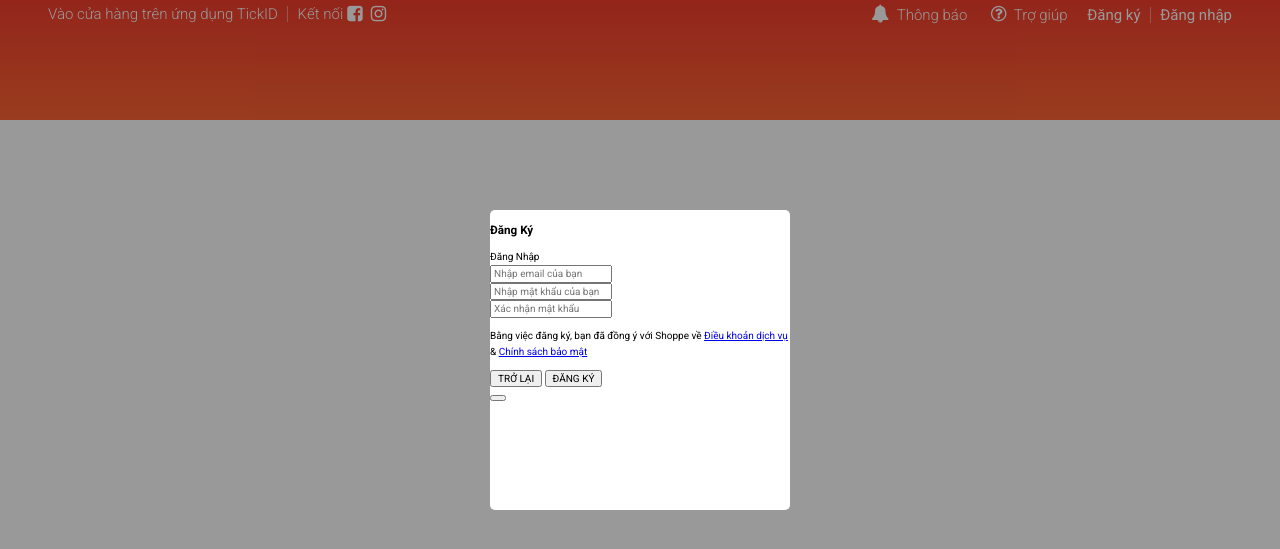
Repository: huydev0401/F8-Shop
Page: index.html
An editor plug-in stored every save of this project. The page is shown before and after the next save, followed by the edit.
The browser window is 1280 px wide. The pictures show the whole page.

Above is the page before, as saved 2021-08-12 15:26:52.

### index.html
<!DOCTYPE html>
<html lang="en">
<head>
    <meta charset="UTF-8">
    <meta http-equiv="X-UA-Compatible" content="IE=edge">
    <meta name="viewport" content="width=device-width, initial-scale=1.0">
    <title>Document</title>
    <link rel="stylesheet" href="https://cdnjs.cloudflare.com/ajax/libs/font-awesome/4.7.0/css/font-awesome.css">
    <link rel="preconnect" href="https://fonts.googleapis.com">
    <link rel="preconnect" href="https://fonts.gstatic.com" crossorigin>
    <link href="https://fonts.googleapis.com/css2?family=Roboto:wght@300;400;700&display=swap" rel="stylesheet">
    <link rel="stylesheet" href="https://cdnjs.cloudflare.com/ajax/libs/normalize/8.0.1/normalize.min.css">
    <link rel="stylesheet" href="./assets/css/base.css">
    <link rel="stylesheet" href="./assets/css/main.css">
</head>
<body>
    <header class="header">
        <nav class="navbar grid">
            <ul class="navbar__list">
                <li class="navbar__item navbar__item--has-qr navbar__item--separate">
                    Vào cửa hàng trên ứng dụng TickID
                    <div class="header-qr">
                        <img src="./assets/img/qr_code.png" alt="QR Code" class="header-qr__img">
                        <div class="header-qr__apps">
                            <a href="#" class="header-qr__link">
                                <img class="header-qr__app" src="./assets/img/google_play.png" alt="google play">
                            </a>
                            <a href="#" class="header-qr__link">
                                <img class="header-qr__app" src="./assets/img/app_store.png" alt="app store">
                            </a>
                            <a href="#" class="header-qr__link">
                                <img class="header-qr__app" src="./assets/img/app_gallery.png" alt="app gallery">
                            </a>
                        </div>
                    </div>
                </li>
                <li class="navbar__item">
                    <span class="text-white cursor-text">Kết nối</span>
                    <a class="navbar-icon__link" href="#">
                        <i class="navbar__icon fa fa-facebook-square"></i>
                    </a>
                    <a class="navbar-icon__link" href="#">
                        <i class="navbar__icon fa fa-instagram"></i>
                    </a>
                </li>
            </ul>
            <ul class="navbar__list">
                <li class="navbar__item navbar__item--has-noti">
                    <a href="#" class="navbar__link">
                        <i class="navbar__icon fa fa-bell"></i>
                        Thông báo
                    </a>
                    <div class="header__noti">
                        <div class="noti__heading">
                            <h3>Thông báo mới nhận</h3>
                        </div>
                        <ul class="noti__list">
                            <li class="noti__item">
                                <a href="#" class="noti__link">
                                    <img src="https://images.unsplash.com/photo-1484399172022-72a90b12e3c1?ixid=MnwxMjA3fDB8MHxwaG90by1wYWdlfHx8fGVufDB8fHx8&ixlib=rb-1.2.1&auto=format&fit=crop&w=1050&q=80" alt="" class="noti__image">
                                    <div class="noti__info">
                                        <span class="noti__name">Xác thực chính hãng nguồn gốc các sản phẩm Ohui</span>
                                        <span class="noti__desc">Xác thực chính hãng nguồn gốc các sản phẩm Ohui</span>
                                    </div>
                                </a>
                            </li>
                            <li class="noti__item noti__item--unread">
                                <a href="#" class="noti__link">
                                    <img src="https://images.unsplash.com/photo-1484399172022-72a90b12e3c1?ixid=MnwxMjA3fDB8MHxwaG90by1wYWdlfHx8fGVufDB8fHx8&ixlib=rb-1.2.1&auto=format&fit=crop&w=1050&q=80" alt="" class="noti__image">
                                    <div class="noti__info">
                                        <span class="noti__name">Xác thực chính hãng nguồn gốc các sản phẩm Ohui</span>
                                        <span class="noti__desc">Xác thực chính hãng nguồn gốc các sản phẩm Ohui</span>
                                    </div>
                                </a>
                            </li>
                            <li class="noti__item noti__item--unread">
                                <a href="#" class="noti__link">
                                    <img src="https://images.unsplash.com/photo-1484399172022-72a90b12e3c1?ixid=MnwxMjA3fDB8MHxwaG90by1wYWdlfHx8fGVufDB8fHx8&ixlib=rb-1.2.1&auto=format&fit=crop&w=1050&q=80" alt="" class="noti__image">
                                    <div class="noti__info">
                                        <span class="noti__name">Xác thực chính hãng nguồn gốc các sản phẩm Ohui</span>
                                        <span class="noti__desc">Xác thực chính hãng nguồn gốc các sản phẩm Ohui</span>
                                    </div>
                                </a>
                            </li>
                            <li class="noti__item noti__item--unread">
                                <a href="#" class="noti__link">
                                    <img src="https://images.unsplash.com/photo-1484399172022-72a90b12e3c1?ixid=MnwxMjA3fDB8MHxwaG90by1wYWdlfHx8fGVufDB8fHx8&ixlib=rb-1.2.1&auto=format&fit=crop&w=1050&q=80" alt="" class="noti__image">
                                    <div class="noti__info">
                                        <span class="noti__name">Xác thực chính hãng nguồn gốc các sản phẩm Ohui</span>
                                        <span class="noti__desc">Xác thực chính hãng nguồn gốc các sản phẩm Ohui</span>
                                    </div>
                                </a>
                            </li>
                        </ul>
                        <div class="noti__footer">
                            <a href="#" class="noti__btn">Xem tất cả</a>
                        </div>
                    </div>
                </li>
                <li class="navbar__item">
                    <a href="#" class="navbar__link">
                        <i class="navbar__icon fa fa-question-circle-o"></i>
                        Trợ giúp
                    </a>
                </li>
                <li class="navbar__item navbar__item--bold navbar__item--separate">Đăng ký</li>
                <li class="navbar__item navbar__item--bold">Đăng nhập</li>
            </ul>
        </nav>
    </header>
    <main class="wrapper">

    </main>
    <footer class="footer">

    </footer>

    <!-- Modal -->
    <div class="modal">
        <div class="modal__overlay"></div>
        <div class="modal__content">
            <div class="modal__inner">
                <!-- authen form -->
                <div class="auth-form">
                    <div class="authen-form__header">
                        <h3 class="authen-form__heading">Đăng Ký</h3>
                        <span class="authen-form__switch-btn">Đăng Nhập</span>
                    </div>
                    <div class="authen-form__form">
                        <div class="authen-form__group">
                            <input type="text" class="authen-form__input" placeholder="Nhập email của bạn">
                        </div>
                        <div class="authen-form__group">
                            <input type="password" class="authen-form__input" placeholder="Nhập mật khẩu của bạn">
                        </div>
                        <div class="authen-form__group">
                            <input type="password" class="authen-form__input" placeholder="Xác nhận mật khẩu">
                        </div>
                    </div>
                    <div class="authen-form__aside">
                        <p class="authen-form__policy-text">
                            Bằng việc đăng ký, bạn đã đồng ý với Shoppe về
                            <a href="#" class="authen-form__policy-link">Điều khoản dịch vụ</a> &
                            <a href="#" class="authen-form__policy-link">Chính sách bảo mật</a>
                        </p>
                    </div>
                    <div class="authen-form__controls">
                        <button class="btn">TRỞ LẠI</button>
                        <button class="btn btn--primary">ĐĂNG KÝ</button>
                    </div>
                    <div class="authen-form__socials">
                        <button class="btn btn--with-icon"></button>
                    </div>
                </div>
            </div>
        </div>
    </div>
</body>
</html>

### assets/css/base.css
:root {
    --white_color: #fff;
    --black_color: #000;
    --text_color: #333;
}

* {
    box-sizing: inherit;
}

html {
    font-size: 62.5%;
    line-height: 1.6rem;
    box-sizing: border-box;
    font-family: 'Roboto', sans-serif;
}

.grid {
    width: 1200px;
    max-width: 100%;
    margin: 0 auto;
}

.grid__full-width {
    width: 100%;
}

.grid__row {
    display: flex;
    flex-wrap: wrap;
}

.text-white {
    color: #fff;
}

.cursor-text {
    cursor: text;
}

/* Modal */
.modal {
    display: flex;
    position: fixed;
    top: 0;
    right: 0;
    bottom: 0;
    left: 0;
}

.modal__overlay {
    position: absolute;
    top: 0;
    left: 0;
    width: 100%;
    height: 100%;
    background-color: rgba(0, 0, 0, .4);
}

.modal__content {
    margin: auto;
    width: 300px;
    height: 300px;
    border-radius: 5px;
    background-color: var(--white_color);
    position: relative;
    z-index: 1;
}

### assets/css/main.css
.header {
    height: 120px;
    background-image: linear-gradient(to bottom, #f53e2d, #fe6433 );
}

.navbar {
    display: flex;
    justify-content: space-between;
}

.navbar__list {
    list-style: none;
    padding-left: 0;
    font-size: 1.5rem;
    font-weight: 300;
    margin-top: 5px;
}

.navbar__item {
    display: inline-block;
    margin: 0 8px;
    color: var(--white_color);
    position: relative;
    transition: all .2s linear;
    min-height: 18px;
}

.navbar__item--has-noti:hover .header__noti {
    display: block;
}

.navbar__item--has-qr:hover .header-qr {
    display: block;
}

.navbar__item--separate::after {
    content: " ";
    border-right: 1px solid #fb9086;
    height: 16px;
    position: absolute;
    top: 50%;
    right: -10px;
    transform: translateY(-50%);
}

.navbar__item--bold {
    font-weight: 400;
}

.navbar__link {
    color: var(--white_color);
    text-decoration: none;
    transition: all .2s linear;
}

.navbar__item:hover,
.navbar__link:hover,
.navbar-icon__link:hover {
    color: rgba(255, 255, 255, .7);
    cursor: pointer;
}

.navbar__item,
.navbar-icon__link {
    display: inline-flex;
    align-items: center;
}

.navbar-icon__link {
    color: var(--white_color);
    text-decoration: none;
}

.navbar__icon {
    font-size: 18px;
    margin: 0 4px;
}

.header-qr {
    background-color: var(--white_color);
    width: 180px;
    position: absolute;
    top: 140%;
    left: 0;
    padding: 8px;
    border-radius: 2px;
    display: none;
    animation: fadeIn linear .3s;
    will-change: opacity;
}

@keyframes fadeIn {
    from {
        opacity: 0;
    }
    to {
        opacity: 1;
    }
}

.header-qr::before {
    content: "";
    position: absolute;
    top: -18px;
    left: 0;
    width: 100%;
    height: 20px;
    display: block;
}

.header-qr__img {
    width: 100%;
}

.header-qr__apps {
    display: flex;
    justify-content: space-between;
    flex-wrap: wrap;
}

.header-qr__link {
    width: calc(50% - 10px);
    margin: 5px 0 5px 10px;
}

.header-qr__app {
    height: 15px;
}

.header__noti {
    position: absolute;
    top: 140%;
    right: 0;
    width: 404px;
    background-color: var(--white_color);
    border: 1px solid #d3d3d3;
    cursor: default;
    transform-origin: calc(100% - 20px) top;
    animation: headerNotiGrowth ease-in .2s;
    will-change: opacity, transform;
    display: none;
}

@keyframes headerNotiGrowth {
    from {
        opacity: 0;
        transform: scale(0);
    }
    to {
        opacity: 1;
        transform: scale(1);
    }
}

.header__noti::before {
    content: "";
    position: absolute;
    top: -23px;
    right: 3px;
    border-width: 16px 30px;
    border-style: solid;
    border-color: transparent transparent var(--white_color) transparent;
}

.header__noti::after {
    content: "";
    position: absolute;
    top: -18px;
    right: 0;
    width: 110px;
    height: 20px;
    display: block;
}

.noti__heading {
    height: 40px;
    background-color: var(--white_color);
}

.noti__heading h3 {
    color: #999;
    margin: 0;
    font-weight: 400;
    font-size: 1.4rem;
    text-transform: capitalize;
    line-height: 40px;
    margin-left: 12px;
    user-select: none;
}

.noti__list {
    padding-left: 0;
}

.noti__item {
    transition: all .2s linear;
}

.noti__item:hover {
    background-color: #f7f7f7;
}

.noti__item--unread {
    background-color: rgba(238, 75, 43, 0.09);
}

.noti__link {
    display: flex;
    padding: 12px;
    text-decoration: none;
}

.noti__image {
    width: 48px;
    object-fit: contain;
}

.noti__info {
    margin-left: 12px;
}

.noti__name {
    display: block;
    font-size: 1.4rem;
    color: var(--black_color);
    font-weight: 400;
    margin-bottom: 5px;
}

.noti__desc {
    display: block;
    font-size: 1.2rem;
    color: #756f6e;
}

.noti__footer {
    text-align: center;
}

.noti__btn {
    text-decoration: none;
    color: var(--text_color);
    padding: 10px 0;
    width: 100%;
    font-size: 1.4rem;
    font-weight: 400;
    display: block;
}

After the next save:
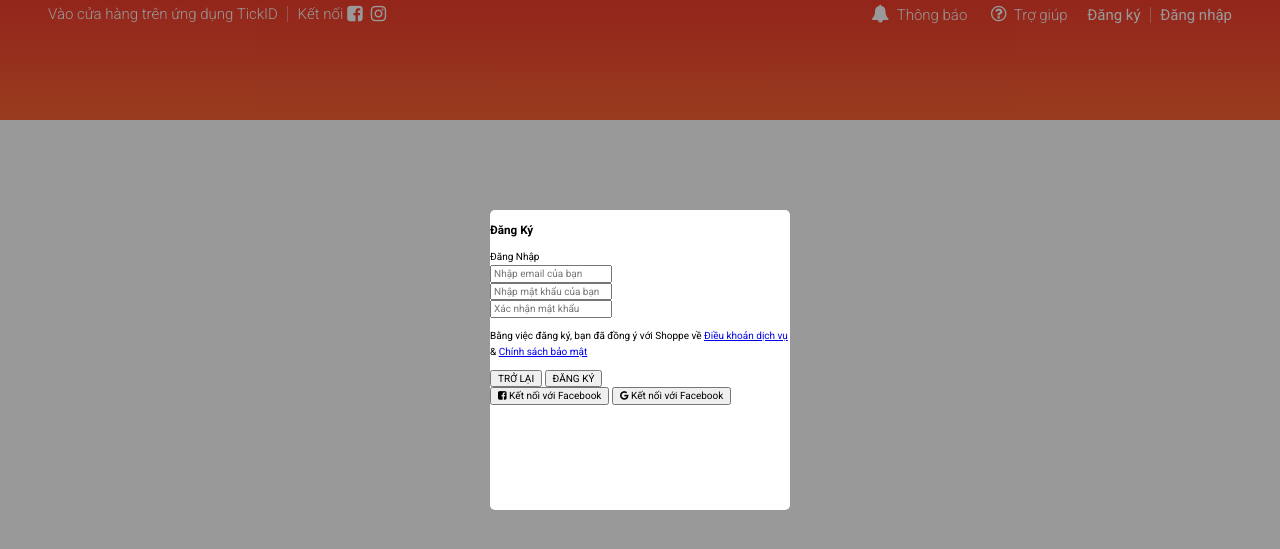
Saved 2 min 22 s later.
--- a/index.html
+++ b/index.html
@@ -149,7 +149,14 @@
                         <button class="btn btn--primary">ĐĂNG KÝ</button>
                     </div>
                     <div class="authen-form__socials">
-                        <button class="btn btn--with-icon"></button>
+                        <button class="btn btn--with-icon">
+                            <i class="fa fa-facebook-square"></i>
+                            Kết nối với Facebook
+                        </button>
+                        <button class="btn btn--with-icon">
+                            <i class="fa  fa-google"></i>
+                            Kết nối với Facebook
+                        </button>
                     </div>
                 </div>
             </div>
